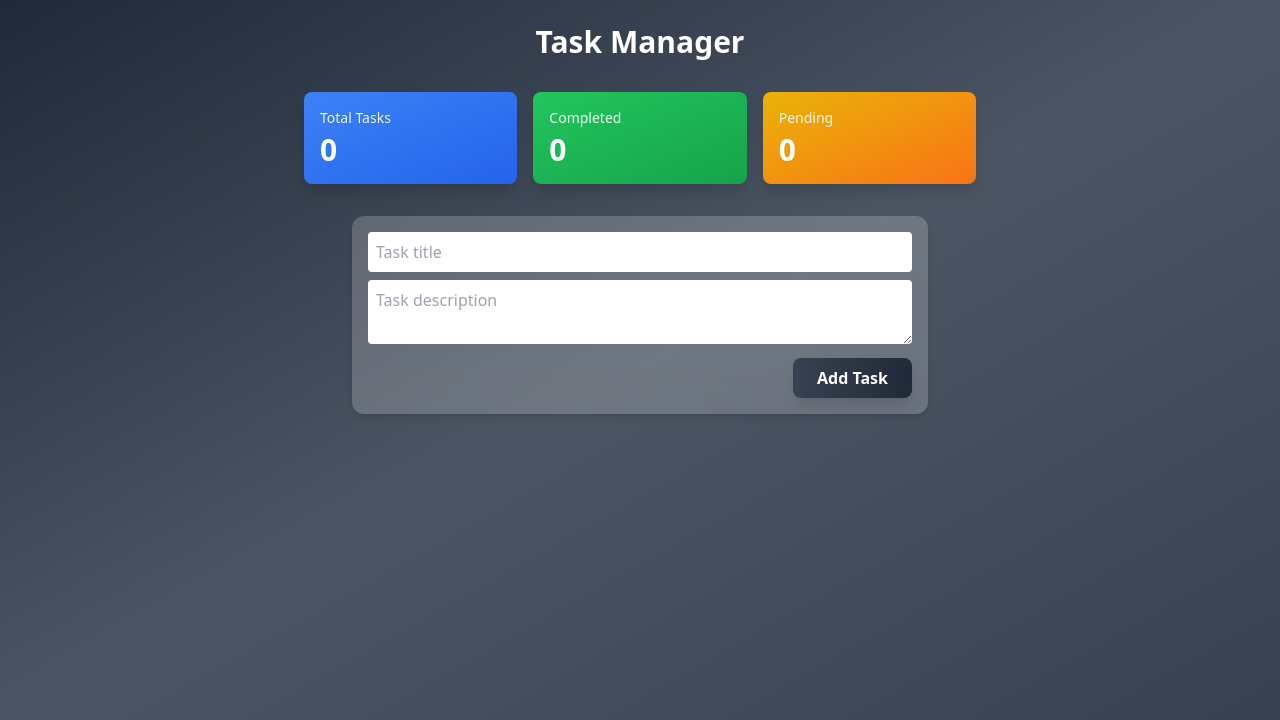
Repository: Meenakshi-commits/mern-task-manager
Page: / (app in client/)
An editor plug-in stored every save of this project. The page is shown before and after the next save, followed by the edit.
The browser window is 1280 px wide. The pictures show the whole page.
The page's requests for data from a server got no answer. The project was rebuilt for these pictures with package versions that can differ from the ones it lists, and the page was loaded fresh each time. No one was signed in, and anything a server would have sent is missing. Also part of the build but not shown: client/vite.config.js, client/src/components/TaskItem.jsx.

Above is the page before, as saved 2026-01-09 17:34:33.

### client/src/App.jsx
import { useEffect, useState } from "react";
import api from "./services/api";
import TaskForm from "./components/TaskForm";
import TaskList from "./components/TaskList";

export default function App() {
  const [tasks, setTasks] = useState([]);

  const fetchTasks = async () => {
    const res = await api.get("/tasks");
    setTasks(res.data);
  };

  useEffect(() => {
    fetchTasks();
  }, []);

  const completed = tasks.filter((t) => t.completed).length;
  const pending = tasks.length - completed;

  return (
    <div className="min-h-screen bg-gradient-to-br from-gray-800 via-gray-600 to-gray-700 p-6">
      <div className="max-w-7xl mx-auto text-white">
        <h1 className="text-3xl font-bold text-center mb-8">
          Task Manager
        </h1>

        <div className="grid grid-cols-3 gap-4 max-w-2xl mx-auto mb-8">
          <div className="bg-gradient-to-br from-blue-500 to-blue-600 p-4 rounded-lg shadow-lg hover:shadow-xl transition-shadow">
            <p className="text-sm opacity-90 mb-1">Total Tasks</p>
            <p className="text-3xl font-bold">{tasks.length}</p>
          </div>
          <div className="bg-gradient-to-br from-green-500 to-green-600 p-4 rounded-lg shadow-lg hover:shadow-xl transition-shadow">
            <p className="text-sm opacity-90 mb-1">Completed</p>
            <p className="text-3xl font-bold">{completed}</p>
          </div>
          <div className="bg-gradient-to-br from-yellow-500 to-orange-500 p-4 rounded-lg shadow-lg hover:shadow-xl transition-shadow">
            <p className="text-sm opacity-90 mb-1">Pending</p>
            <p className="text-3xl font-bold">{pending}</p>
          </div>
        </div>

        <div className="max-w-xl mx-auto">
          <TaskForm fetchTasks={fetchTasks} />
          <TaskList tasks={tasks} fetchTasks={fetchTasks} />
        </div>
      </div>
    </div>
  );
}

### client/src/components/TaskForm.jsx
import { useState } from "react";
import api from "../services/api";

export default function TaskForm({ fetchTasks }) {
  const [title, setTitle] = useState("");
  const [description, setDescription] = useState("");

  const handleSubmit = async (e) => {
    e.preventDefault();
    if (!title) return;

    await api.post("/tasks", {
      title,
      description,
    });

    setTitle("");
    setDescription("");
    fetchTasks();
  };

  return (
    <form
      onSubmit={handleSubmit}
      className="bg-white/20 backdrop-blur-lg p-4 rounded-xl shadow-md"
    >
      <input
        type="text"
        placeholder="Task title"
        className="w-full mb-2 p-2 rounded"
        value={title}
        onChange={(e) => setTitle(e.target.value)}
      />

      <textarea
        placeholder="Task description"
        className="w-full mb-2 p-2 rounded"
        value={description}
        onChange={(e) => setDescription(e.target.value)}
      />

      <div className="flex justify-end">
        <button className="bg-gradient-to-r from-gray-700 to-gray-800 text-white font-semibold px-6 py-2 rounded-lg hover:from-gray-800 hover:to-gray-900 transition-all duration-200 shadow-lg hover:shadow-xl active:scale-95">
          Add Task
        </button>
      </div>
    </form>
  );
}

### client/src/components/TaskList.jsx
import TaskItem from "./TaskItem";

export default function TaskList({ tasks, fetchTasks }) {
  return (
    <div className="mt-4">
      {tasks.map((task) => (
        <TaskItem
          key={task._id}
          task={task}
          fetchTasks={fetchTasks}
        />
      ))}
    </div>
  );
}

Loaded but not shown: client/index.html (common file); client/src/main.jsx (common file); client/src/index.css (common file); client/src/services/api.js (common file); client/tailwind.config.js (common file)

After the next save:
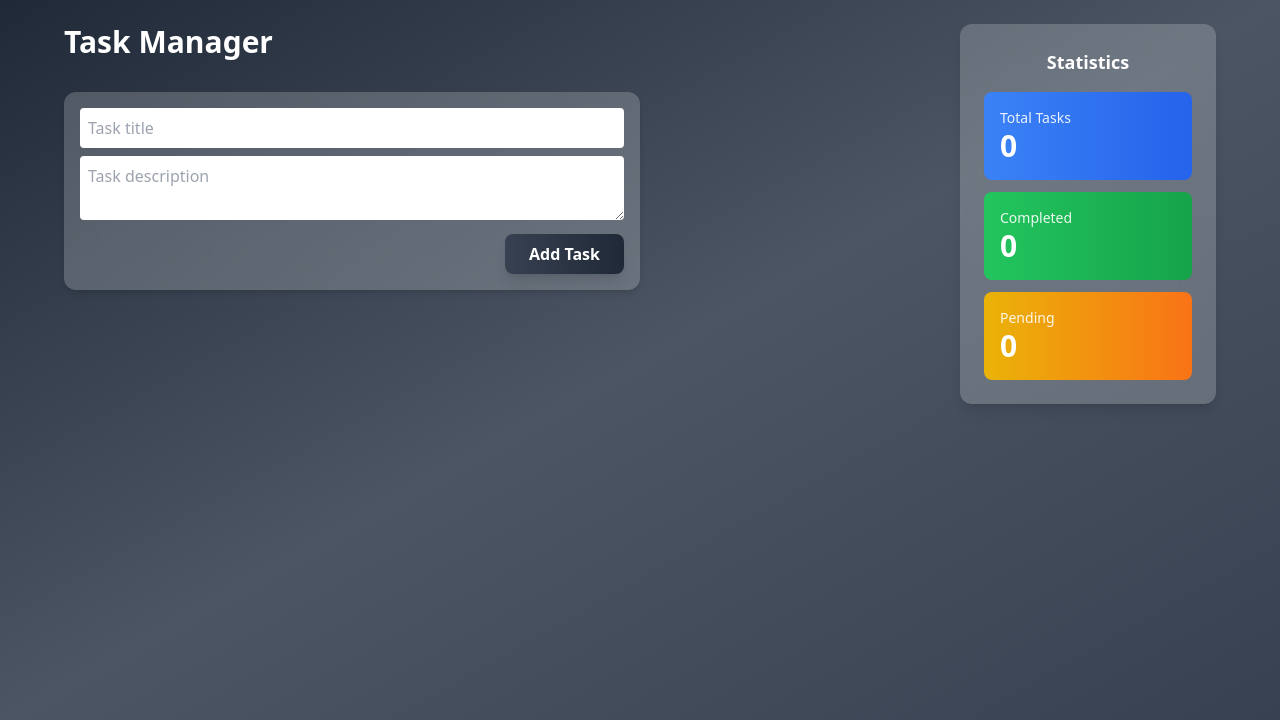
Saved 59 s later.
--- a/client/src/App.jsx
+++ b/client/src/App.jsx
@@ -20,29 +20,35 @@ export default function App() {
 
   return (
     <div className="min-h-screen bg-gradient-to-br from-gray-800 via-gray-600 to-gray-700 p-6">
-      <div className="max-w-7xl mx-auto text-white">
-        <h1 className="text-3xl font-bold text-center mb-8">
-          Task Manager
-        </h1>
+      <div className="max-w-6xl mx-auto text-white">
+        <div className="flex justify-between items-start gap-8 mb-8">
+          <div className="flex-1">
+            <h1 className="text-3xl font-bold mb-8">
+              Task Manager
+            </h1>
+            <div className="max-w-xl">
+              <TaskForm fetchTasks={fetchTasks} />
+              <TaskList tasks={tasks} fetchTasks={fetchTasks} />
+            </div>
+          </div>
 
-        <div className="grid grid-cols-3 gap-4 max-w-2xl mx-auto mb-8">
-          <div className="bg-gradient-to-br from-blue-500 to-blue-600 p-4 rounded-lg shadow-lg hover:shadow-xl transition-shadow">
-            <p className="text-sm opacity-90 mb-1">Total Tasks</p>
-            <p className="text-3xl font-bold">{tasks.length}</p>
+          <div className="bg-white/20 backdrop-blur-lg p-6 rounded-xl shadow-lg w-64">
+            <h2 className="text-lg font-semibold mb-4 text-center">Statistics</h2>
+            <div className="space-y-3">
+              <div className="bg-gradient-to-r from-blue-500 to-blue-600 p-4 rounded-lg">
+                <p className="text-sm opacity-90">Total Tasks</p>
+                <p className="text-3xl font-bold">{tasks.length}</p>
+              </div>
+              <div className="bg-gradient-to-r from-green-500 to-green-600 p-4 rounded-lg">
+                <p className="text-sm opacity-90">Completed</p>
+                <p className="text-3xl font-bold">{completed}</p>
+              </div>
+              <div className="bg-gradient-to-r from-yellow-500 to-orange-500 p-4 rounded-lg">
+                <p className="text-sm opacity-90">Pending</p>
+                <p className="text-3xl font-bold">{pending}</p>
+              </div>
+            </div>
           </div>
-          <div className="bg-gradient-to-br from-green-500 to-green-600 p-4 rounded-lg shadow-lg hover:shadow-xl transition-shadow">
-            <p className="text-sm opacity-90 mb-1">Completed</p>
-            <p className="text-3xl font-bold">{completed}</p>
-          </div>
-          <div className="bg-gradient-to-br from-yellow-500 to-orange-500 p-4 rounded-lg shadow-lg hover:shadow-xl transition-shadow">
-            <p className="text-sm opacity-90 mb-1">Pending</p>
-            <p className="text-3xl font-bold">{pending}</p>
-          </div>
-        </div>
-
-        <div className="max-w-xl mx-auto">
-          <TaskForm fetchTasks={fetchTasks} />
-          <TaskList tasks={tasks} fetchTasks={fetchTasks} />
         </div>
       </div>
     </div>
